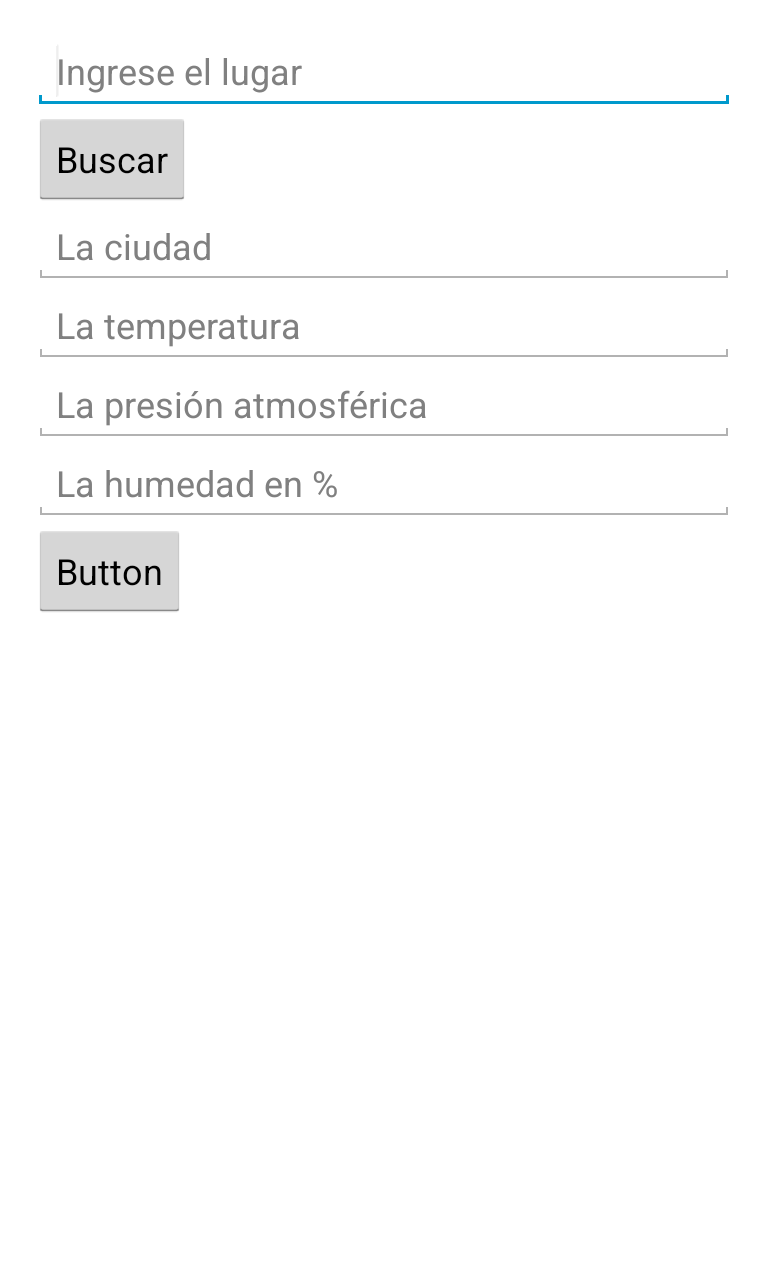
Repository: unmultimedio/android-cymetria-manizales
Layout: workspace/Weather/res/layout/fragment_main.xml
An editor plug-in stored every save of this project. The layout is shown before and after a run of saves, followed by the edit.
It is drawn on a 768 x 1280 px phone screen (xhdpi) without system bars, with theme AppTheme; the app's code is not run.

Above is the layout before, as saved 2014-07-25 23:29:30.

After the next 2 saves:
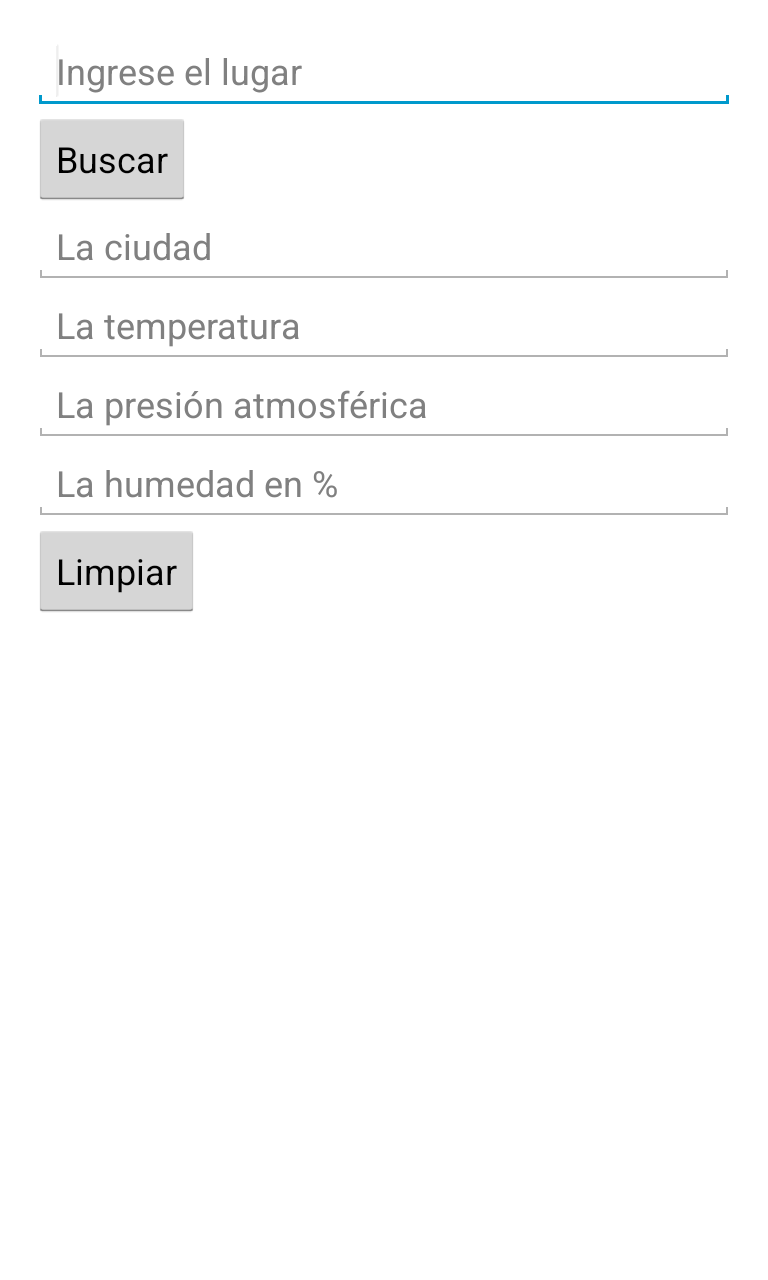
The 2 saves are shown as one change because they came seconds apart.
The last was saved 8 s later.
--- a/workspace/Weather/res/layout/fragment_main.xml
+++ b/workspace/Weather/res/layout/fragment_main.xml
@@ -55,9 +55,9 @@
         android:hint="La humedad en %" />
 
     <Button
-        android:id="@+id/button2"
+        android:id="@+id/clear"
         android:layout_width="wrap_content"
         android:layout_height="wrap_content"
-        android:text="Button" />
+        android:text="Limpiar" />
 
 </LinearLayout>
